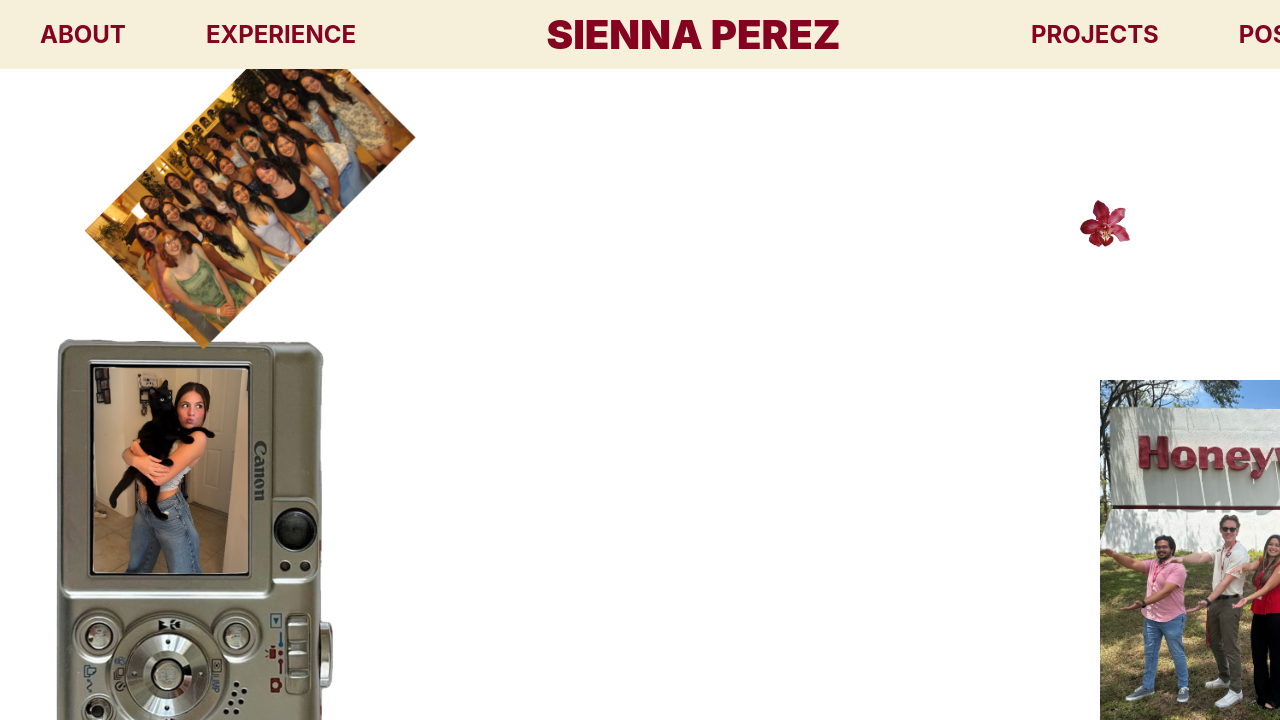
Repository: siennaperez/siennaperezweb
Page: /
These files come from the project's save history. The page is drawn as it stood at one moment and after the next save; the edit follows.
The browser window is 1280 px wide. The pictures show the whole page.
The project was rebuilt for these pictures with package versions that can differ from the ones it lists, and the page was loaded fresh each time. Also part of the build but not shown: src/pages/About.css, src/pages/About.js, src/pages/Experience.css, src/pages/Experience.js.

Above is the page before, as saved 2025-09-24 12:57:44.

After the next save:
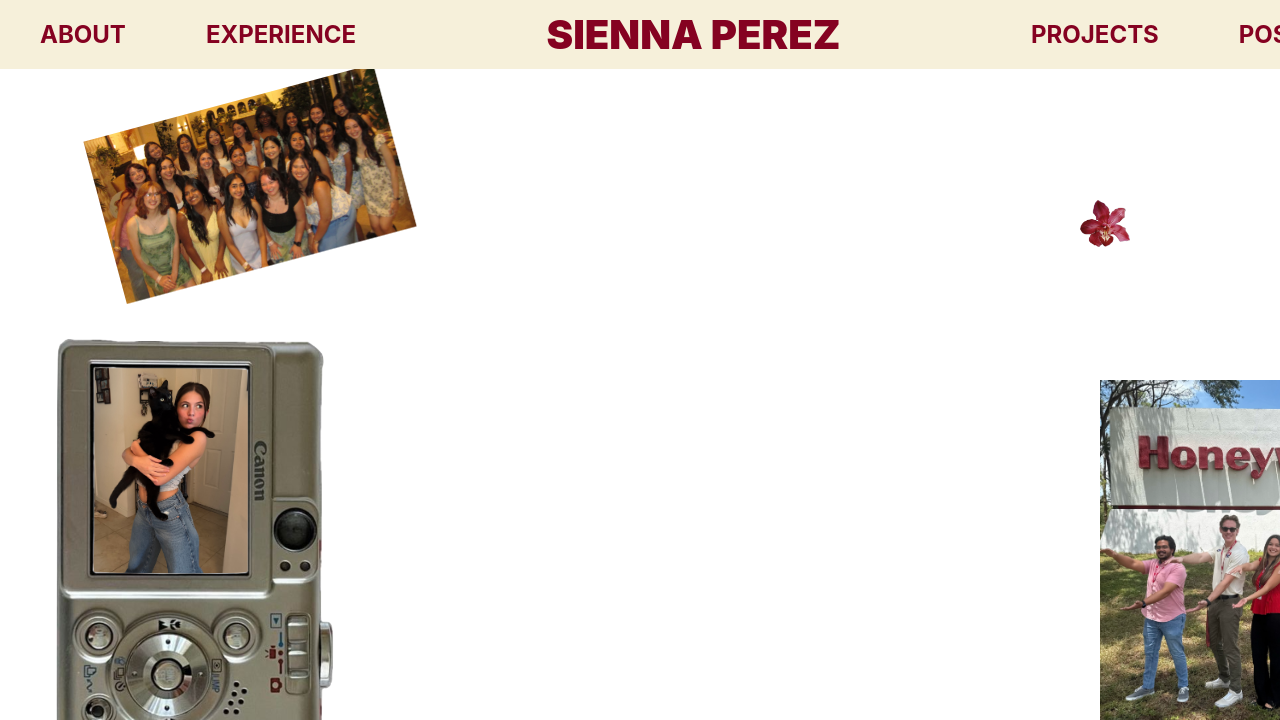
Saved 5 s later.
--- a/src/pages/Home.css
+++ b/src/pages/Home.css
@@ -62,5 +62,5 @@
   top: 100px;
   left: 100px;
   width: 300px;
-  transform: rotate(-45deg);
+  transform: rotate(-15deg);
 }
